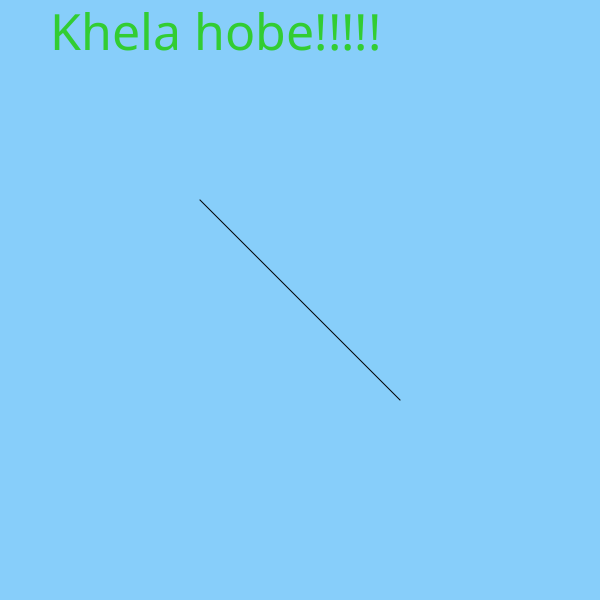
Repository: SaidurIUT/JavaFX
Program's window: java learnStagess/src/hellofx/Main.java
The author's editor kept a copy of each file at every save. The program's window is drawn from the files as they stood at one save, then again after the next save.
It runs on Java 21 on a 1366 x 768 screen with JavaFX 11; the title bar is not drawn. It also reads learnStagess/src/tiger.png.

Above is the program's window before, as saved 2024-03-17 18:00:32.

### learnStagess/src/hellofx/Main.java
package hellofx;

import javafx.application.Application;
import javafx.fxml.FXMLLoader;
import javafx.scene.Group;
import javafx.scene.Parent;
import javafx.scene.Scene;
import javafx.scene.image.Image;
import javafx.scene.paint.Color;
import javafx.scene.shape.Line;
import javafx.scene.text.Font;
import javafx.scene.text.Text;
import javafx.stage.Stage;

public class Main extends Application {



    public static void main(String[] args) {
    	launch(args);


    }

    @Override
    public void start(Stage stage) throws Exception{
    	//Stage stage = new Stage();
    	Group root = new Group();
    	Scene scene = new Scene(root,600,600,Color.LIGHTSKYBLUE);


    	Image icon = new Image("tiger.png");
    	stage.getIcons().add(icon);


    	stage.setTitle("Stage learning programme");


    	Text text =new Text();
    	text.setText("Khela hobe!!!!!");
    	text.setX(50);
    	text.setY(50);
    	text.setFont(Font.font("Verdana",50));
    	text.setFill(Color.LIMEGREEN);


    	Line line = new Line();
    	line.setStartX(200);
    	line.setStartY(200);
    	line.setEndX(400);
    	line.setEndY(400);


    	root.getChildren().add(text);
    	root.getChildren().add(line);

    	stage.setScene(scene);
    	stage.show();
    }
}

After the next save:
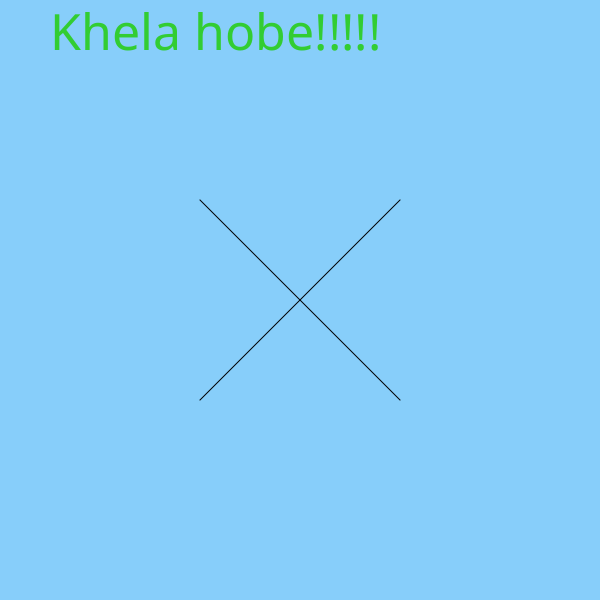
Saved 2 min 22 s later.
--- a/learnStagess/src/hellofx/Main.java
+++ b/learnStagess/src/hellofx/Main.java
@@ -50,9 +50,16 @@
     	line.setEndX(400);
     	line.setEndY(400);
 
+    	Line line2 = new Line();
+    	line2.setStartX(400);
+    	line2.setStartY(200);
+    	line2.setEndX(200);
+    	line2.setEndY(400);
+
 
     	root.getChildren().add(text);
     	root.getChildren().add(line);
+    	root.getChildren().add(line2);
 
     	stage.setScene(scene);
     	stage.show();
